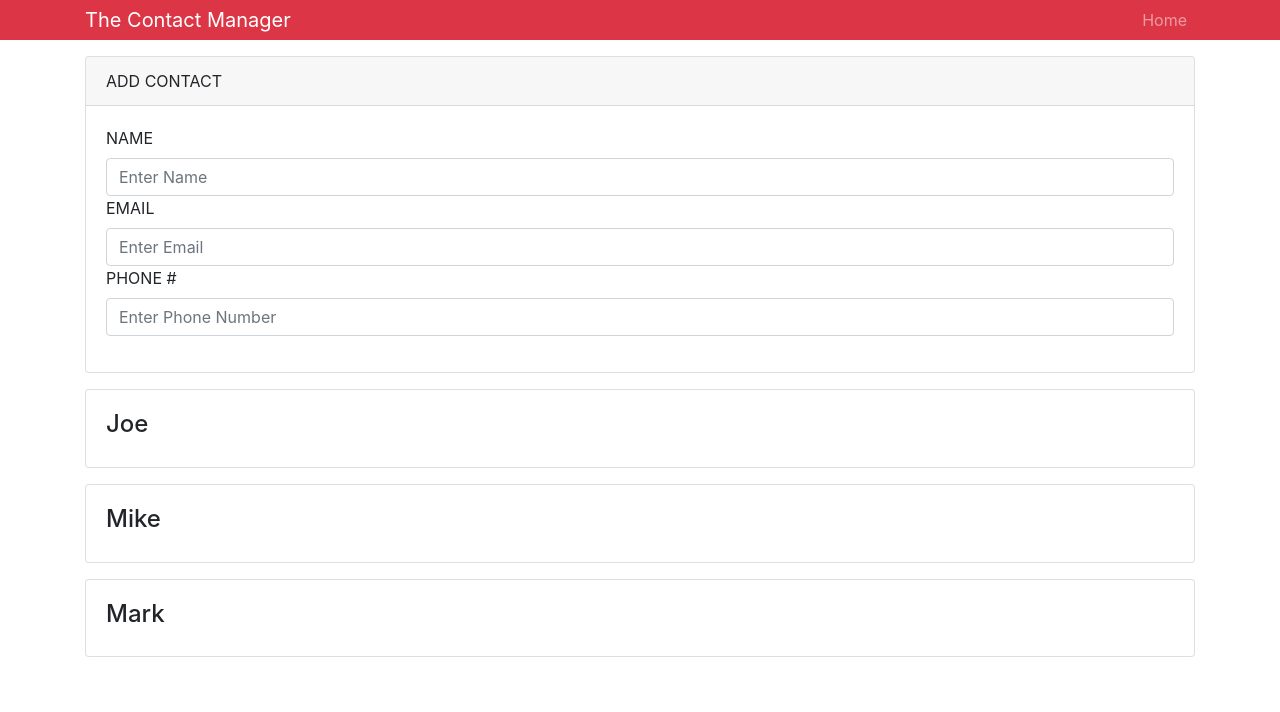
Repository: MikeTroianello/Contact-Manager
Page: /contact/add
These files come from the project's save history. The page is drawn as it stood at one moment and after a run of saves; the edit follows.
The browser window is 1280 px wide. The pictures show the whole page.
The project was rebuilt for these pictures with package versions that can differ from the ones it lists, and the page was loaded fresh each time. Also part of the build but not shown: src/App.css.

Above is the page before, as saved 2019-05-19 23:50:56.

After the next 4 saves:
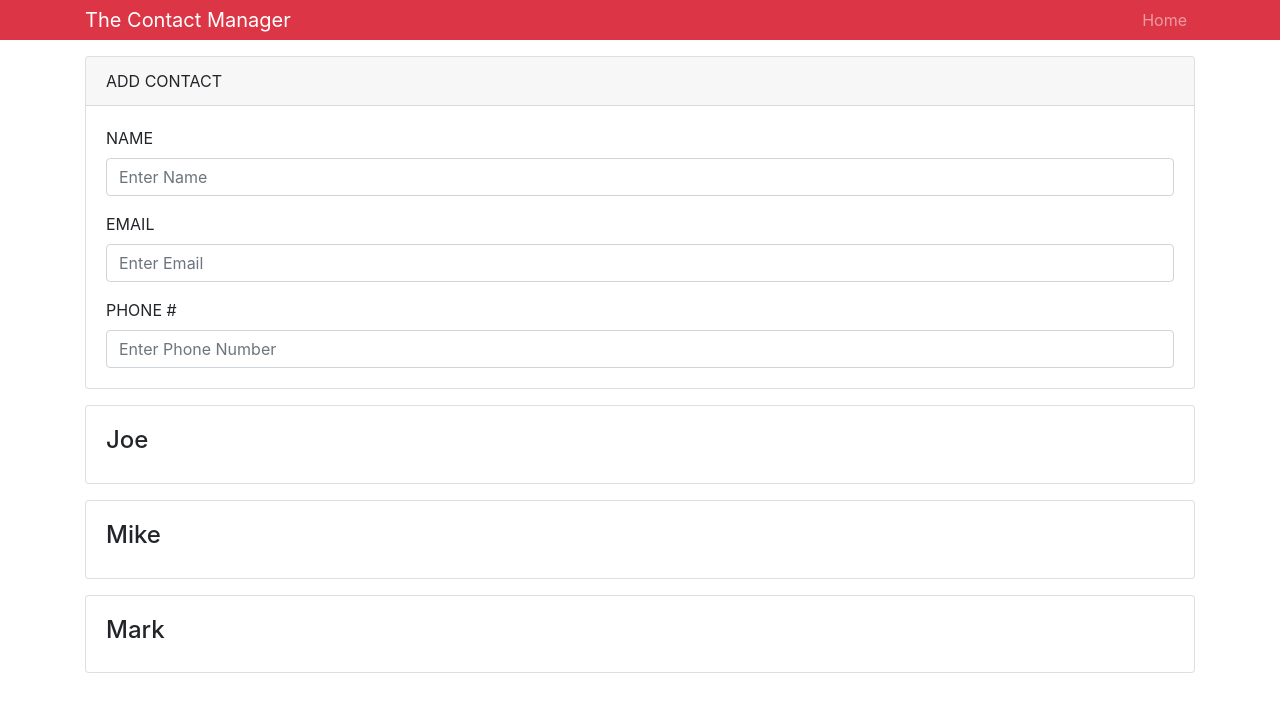
The 4 saves are shown as one change because 3 did not build or start.
The last was saved 2 min 59 s later.
--- a/src/components/contacts/AddContact.js
+++ b/src/components/contacts/AddContact.js
@@ -21,6 +21,8 @@ class AddContact extends Component {
                 className="form-control lg"
                 placeholder="Enter Name"
               />
+            </div>
+            <div className="form-group">
               <label htmlFor="email">EMAIL</label>
               <input
                 type="email"
@@ -28,14 +30,15 @@ class AddContact extends Component {
                 className="form-control lg"
                 placeholder="Enter Email"
               />
-              <label htmlFor="phone">PHONE #</label>
-              <input
-                type="text"
-                name="phone"
-                className="form-control lg"
-                placeholder="Enter Phone Number"
-              />
             </div>
+            <div className="form-group" />
+            <label htmlFor="phone">PHONE #</label>
+            <input
+              type="text"
+              name="phone"
+              className="form-control lg"
+              placeholder="Enter Phone Number"
+            />
           </form>
         </div>
       </div>
